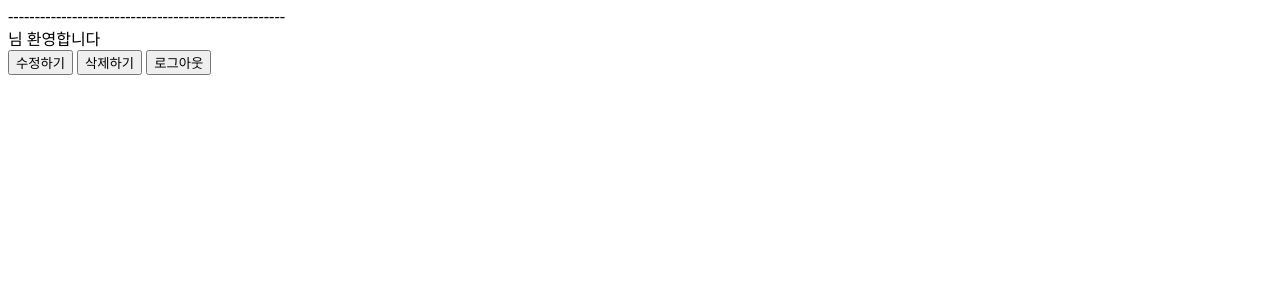
Repository: phoresis92/KITRI_JSP
Page: http://localhost/RequestServlet/view.jsp
An editor plug-in stored every save of this project. The page is shown before and after the next save, followed by the edit.
The browser window is 1280 px wide. The pictures show the whole page.
The page is served by Tomcat 9.

Above is the page before, as saved 2018-12-21 06:13:18.

After the next save:
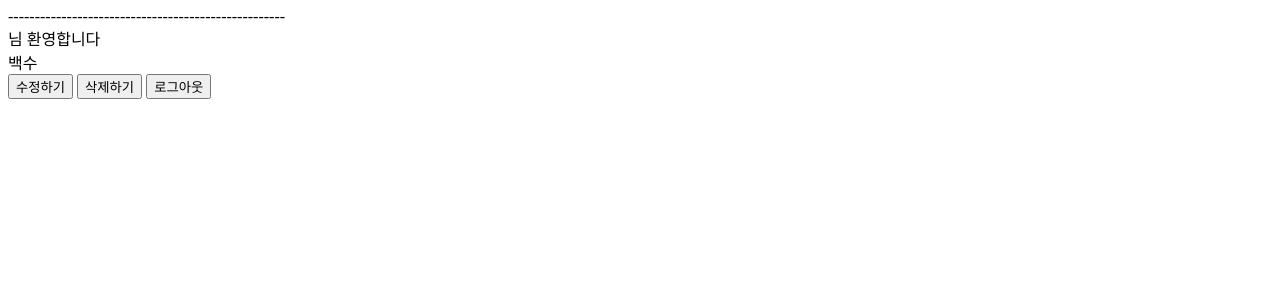
Saved 6 min 7 s later.
--- a/JSP_workspace/RequestServlet/WebContent/view.jsp
+++ b/JSP_workspace/RequestServlet/WebContent/view.jsp
@@ -62,11 +62,22 @@ function memdo(type){
 	<c:if test="${MEMBER[0].name  == 'Peter'}">
 		Peter(관리자) 님 로그인 성공 <br>
 	</c:if>
+	<c:set var="mem" value="${MEMBER[0] }"/>
+	<c:choose>
+		<c:when test="${mem.name == 'Sundar' }">살인마</c:when>
+		<c:when test="${mem.name == 'Mozhe' }">선지자</c:when>
+		<c:when test="${mem.name == 'David' }">축구선수</c:when>
+		<c:when test="${mem.name == 'Hermann' }">작가</c:when>
+		<c:when test="${mem.name == 'Shelli' }">영화감독</c:when>
+		<c:otherwise>백수</c:otherwise>
+	</c:choose>
+
 
 	<c:forEach items="${ MEMBER }" var="mem">
 		회원 이름 : ${ mem.name }<br>
 		회원 이메일 : ${ mem.email }<br>
 	</c:forEach>
+
 
 	<form action="mem.do" method="post" name="member">
 		<input name="h_name" type="hidden" value="${ requestScope.MEMBER[0].name }">
